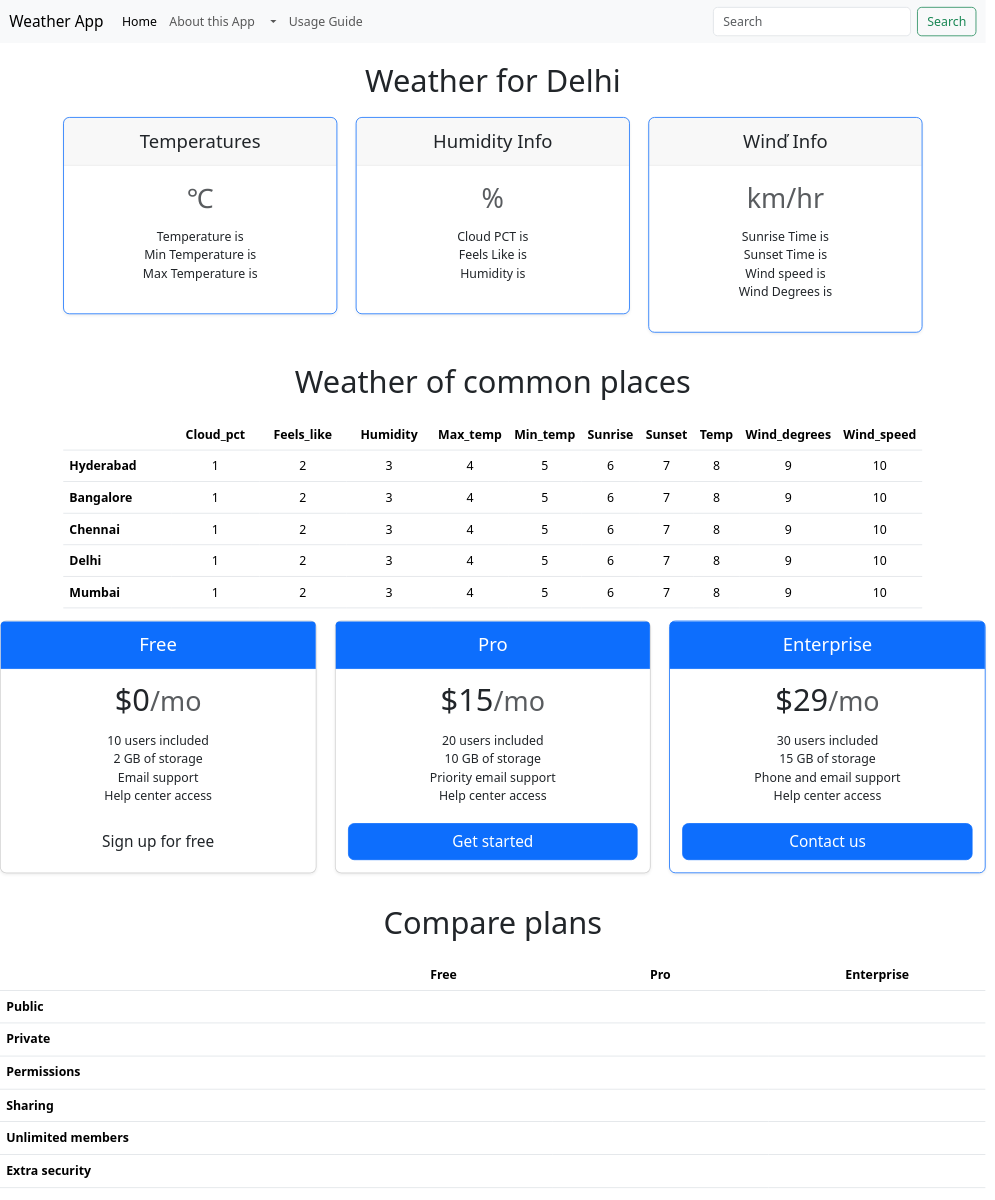
Repository: Abhilash2909/weather
Page: index.html
These files come from the project's save history. The page is drawn as it stood at one moment and after the next save; the edit follows.
The browser window is 1280 px wide. The page is 1292 px wide, so the pictures cover 1292 px, including what lies to the right of the window. The pictures show the whole page, at 77% of full size.
The page's requests for data from a server got no answer.

Above is the page before, as saved 2024-02-11 17:04:53.

### index.html
<!doctype html>
<html lang="en">
  <head>
    <meta charset="utf-8">
    <meta name="viewport" content="width=device-width, initial-scale=1">
    <title>My Weather App</title>
    <link href="https://cdn.jsdelivr.net/npm/bootstrap@5.3.2/dist/css/bootstrap.min.css" rel="stylesheet" integrity="sha384-T3c6CoIi6uLrA9TneNEoa7RxnatzjcDSCmG1MXxSR1GAsXEV/Dwwykc2MPK8M2HN" crossorigin="anonymous">
  </head>
  <body>
    <nav class="navbar navbar-expand-lg bg-body-tertiary">
        <div class="container-fluid">
          <a class="navbar-brand" href="#">Weather App</a>
          <button class="navbar-toggler" type="button" data-bs-toggle="collapse" data-bs-target="#navbarSupportedContent" aria-controls="navbarSupportedContent" aria-expanded="false" aria-label="Toggle navigation">
            <span class="navbar-toggler-icon"></span>
          </button>
          <div class="collapse navbar-collapse" id="navbarSupportedContent">
            <ul class="navbar-nav me-auto mb-2 mb-lg-0">
              <li class="nav-item">
                <a class="nav-link active" aria-current="page" href="#">Home</a>
              </li>
              <li class="nav-item">
                <a class="nav-link" href="#">About this App</a>
              </li>
              <li class="nav-item dropdown">
                <a class="nav-link dropdown-toggle" href="#" role="button" data-bs-toggle="dropdown" aria-expanded="false">
                </a>
                <ul class="dropdown-menu">
                  <li><a class="dropdown-item" href="#">Delhi</a></li>
                  <li><a class="dropdown-item" href="#">Seattle</a></li>
                  <li><a class="dropdown-item" href="#">Bangalore</a></li>
                </ul>
              </li>
              <li class="nav-item">
                <a class="nav-link" aria-disabled="true">Usage Guide</a>
              </li>
            </ul>
            <form class="d-flex" role="search">
              <input id="city" class="form-control me-2" type="search" placeholder="Search" aria-label="Search">
              <button class="btn btn-outline-success" type="submit" id="submit">Search</button>
            </form>
          </div>
        </div>
      </nav>

      <div class="container">
        <main>
          <h1 class= "my-4 text-center">Weather for <span id="cityName"></span></h1>
          <div class="row row-cols-1 row-cols-md-3 mb-3 text-center">
          <div class="col">
            <div class="card mb-4 rounded-3 shadow-sm border-primary">
              <div class="card-header py-3">
                <h4 class="my-0 fw-normal">Temperatures</h4>
              </div>
              <div class="card-body">
                <h1 class="card-title pricing-card-title"><span id="temp2"></span><small class="text-body-secondary fw-light"></span><span>&#8451;</span></small></h1>
                <ul class="list-unstyled mt-3 mb-4">
                  <li>Temperature is <span id="temp" ></span></li>
                  <li>Min Temperature is <span id="min_temp" ></span></li>
                  <li>Max Temperature is <span id="max_temp" ></span></li>
                </ul>
                <!-- <button type="button" class="w-100 btn btn-lg btn-outline-primary">Sign up for free</button> -->
              </div>
            </div>
          </div>
          <div class="col">
            <div class="card mb-4 rounded-3 shadow-sm border-primary">
              <div class="card-header py-3">
                <h4 class="my-0 fw-normal">Humidity Info</h4>
              </div>
              <div class="card-body">
                <h1 class="card-title pricing-card-title"><span id="humidity2" ></span><small class="text-body-secondary fw-light">%</small></h1>
                <ul class="list-unstyled mt-3 mb-4">
                  <li>Cloud PCT is <span id="cloud_pct" ></span></li>
                  <li>Feels Like is <span id="feels_like" ></span></li>
                  <li>Humidity is <span id="humidity" ></span></li>
                </ul>
                <!-- <button type="button" class="w-100 btn btn-lg btn-primary">Get started</button> -->
              </div>
            </div>
          </div>

          <div class="col">
            <div class="card mb-4 rounded-3 shadow-sm border-primary">
              <div class="card-header py-3">
                <h4 class="my-0 fw-normal">Winď Info</h4>
              </div>
              <div class="card-body">
                <h1 class="card-title pricing-card-title"><span id="wind_speed2" ></span><small class="text-body-secondary fw-light">km/hr</small></h1>
                <ul class="list-unstyled mt-3 mb-4">
                  <li>Sunrise Time is <span id="sunrise" ></span></li>
                  <li>Sunset Time is <span id="sunset" ></span></li>
                  <li>Wind speed is <span id="wind_speed" ></span></li>
                  <li>Wind Degrees is <span id="wind_degrees" ></span></li>
                </ul>
                <!-- <button type="button" class="w-100 btn btn-lg btn-primary">Contact us</button> -->
              </div>
            </div>
          </div>
        </div>

        <h2 class="display-6 text-center mb-4">Weather of common places</h2>

        <div class="table-responsive">
          <table class="table text-center">
            <thead>
              <tr>
                <th style="width: 34%;">   </th>
                <th style="width: 22%;"> Cloud_pct </th>
                <th style="width: 22%;"> Feels_like </th>
                <th style="width: 22%;"> Humidity </th>
                <th style="width: 22%;"> Max_temp </th>
                <th style="width: 22%;"> Min_temp </th>
                <th style="width: 22%;"> Sunrise </th>
                <th style="width: 22%;"> Sunset </th>
                <th style="width: 22%;"> Temp </th>
                <th style="width: 22%;"> Wind_degrees </th>
                <th style="width: 22%;"> Wind_speed </th>
              </tr>
            </thead>
            <tbody>
              <tr>
                <th scope="row" class="text-start">Hyderabad</th>
                <td>1</td>
                <td>2</td>
                <td>3</td>
                <td>4</td>
                <td>5</td>
                <td>6</td>
                <td>7</td>
                <td>8</td>
                <td>9</td>
                <td>10</td>
              </tr>
              <tr>
                <th scope="row" class="text-start">Bangalore</th>
                <td>1</td>
                <td>2</td>
                <td>3</td>
                <td>4</td>
                <td>5</td>
                <td>6</td>
                <td>7</td>
                <td>8</td>
                <td>9</td>
                <td>10</td>
              </tr>
            </tbody>

            <tbody>
              <tr>
                <th scope="row" class="text-start">Chennai</th>
                <td>1</td>
                <td>2</td>
                <td>3</td>
                <td>4</td>
                <td>5</td>
                <td>6</td>
                <td>7</td>
                <td>8</td>
                <td>9</td>
                <td>10</td>
              </tr>
              <tr>
                <th scope="row" class="text-start">Delhi</th>
                <td>1</td>
                <td>2</td>
                <td>3</td>
                <td>4</td>
                <td>5</td>
                <td>6</td>
                <td>7</td>
                <td>8</td>
                <td>9</td>
                <td>10</td>
              </tr>
              <tr>
                <th scope="row" class="text-start">Mumbai</th>
                <td>1</td>
                <td>2</td>
                <td>3</td>
                <td>4</td>
                <td>5</td>
                <td>6</td>
                <td>7</td>
                <td>8</td>
                <td>9</td>
                <td>10</td>
              </tr>
            </tbody>
          </table>
        </div>
      </main></div>
    <script src="https://cdn.jsdelivr.net/npm/bootstrap@5.3.2/dist/js/bootstrap.bundle.min.js" integrity="sha384-C6RzsynM9kWDrMNeT87bh95OGNyZPhcTNXj1NW7RuBCsyN/o0jlpcV8Qyq46cDfL" crossorigin="anonymous"></script>
    <script src="script.js"></script>
</body>
</html>


<main>
  <div class="row row-cols-1 row-cols-md-3 mb-3 text-center">
    <div class="col">
      <div class="card mb-4 rounded-3 shadow-sm">
        <div class="card-header py-3 text-bg-primary border-primary">
          <h4 class="my-0 fw-normal">Free</h4>
        </div>
        <div class="card-body">
          <h1 class="card-title pricing-card-title">$0<small class="text-body-secondary fw-light">/mo</small></h1>
          <ul class="list-unstyled mt-3 mb-4">
            <li>10 users included</li>
            <li>2 GB of storage</li>
            <li>Email support</li>
            <li>Help center access</li>
          </ul>
          <button type="button" class="w-100 btn btn-lg btnprimary">Sign up for free</button>
        </div>
      </div>
    </div>
    <div class="col">
      <div class="card mb-4 rounded-3 shadow-sm">
        <div class="card-header py-3 text-bg-primary border-primary">
          <h4 class="my-0 fw-normal">Pro</h4>
        </div>
        <div class="card-body">
          <h1 class="card-title pricing-card-title">$15<small class="text-body-secondary fw-light">/mo</small></h1>
          <ul class="list-unstyled mt-3 mb-4">
            <li>20 users included</li>
            <li>10 GB of storage</li>
            <li>Priority email support</li>
            <li>Help center access</li>
          </ul>
          <button type="button" class="w-100 btn btn-lg btn-primary">Get started</button>
        </div>
      </div>
    </div>
    <div class="col">
      <div class="card mb-4 rounded-3 shadow-sm border-primary">
        <div class="card-header py-3 text-bg-primary border-primary">
          <h4 class="my-0 fw-normal">Enterprise</h4>
        </div>
        <div class="card-body">
          <h1 class="card-title pricing-card-title">$29<small class="text-body-secondary fw-light">/mo</small></h1>
          <ul class="list-unstyled mt-3 mb-4">
            <li>30 users included</li>
            <li>15 GB of storage</li>
            <li>Phone and email support</li>
            <li>Help center access</li>
          </ul>
          <button type="button" class="w-100 btn btn-lg btn-primary">Contact us</button>
        </div>
      </div>
    </div>
  </div>

  <h2 class="display-6 text-center mb-4">Compare plans</h2>

  <div class="table-responsive">
    <table class="table text-center">
      <thead>
        <tr>
          <th style="width: 34%;"></th>
          <th style="width: 22%;">Free</th>
          <th style="width: 22%;">Pro</th>
          <th style="width: 22%;">Enterprise</th>
        </tr>
      </thead>
      <tbody>
        <tr>
          <th scope="row" class="text-start">Public</th>
          <td><svg class="bi" width="24" height="24"><use xlink:href="#check"></use></svg></td>
          <td><svg class="bi" width="24" height="24"><use xlink:href="#check"></use></svg></td>
          <td><svg class="bi" width="24" height="24"><use xlink:href="#check"></use></svg></td>
        </tr>
        <tr>
          <th scope="row" class="text-start">Private</th>
          <td></td>
          <td><svg class="bi" width="24" height="24"><use xlink:href="#check"></use></svg></td>
          <td><svg class="bi" width="24" height="24"><use xlink:href="#check"></use></svg></td>
        </tr>
      </tbody>

      <tbody>
        <tr>
          <th scope="row" class="text-start">Permissions</th>
          <td><svg class="bi" width="24" height="24"><use xlink:href="#check"></use></svg></td>
          <td><svg class="bi" width="24" height="24"><use xlink:href="#check"></use></svg></td>
          <td><svg class="bi" width="24" height="24"><use xlink:href="#check"></use></svg></td>
        </tr>
        <tr>
          <th scope="row" class="text-start">Sharing</th>
          <td></td>
          <td><svg class="bi" width="24" height="24"><use xlink:href="#check"></use></svg></td>
          <td><svg class="bi" width="24" height="24"><use xlink:href="#check"></use></svg></td>
        </tr>
        <tr>
          <th scope="row" class="text-start">Unlimited members</th>
          <td></td>
          <td><svg class="bi" width="24" height="24"><use xlink:href="#check"></use></svg></td>
          <td><svg class="bi" width="24" height="24"><use xlink:href="#check"></use></svg></td>
        </tr>
        <tr>
          <th scope="row" class="text-start">Extra security</th>
          <td></td>
          <td></td>
          <td><svg class="bi" width="24" height="24"><use xlink:href="#check"></use></svg></td>
        </tr>
      </tbody>
    </table>
  </div>
</main>

### script.js

// const url = 'https://weather-by-api-ninjas.p.rapidapi.com/v1/weather?city=Seattle';
// const options = {
//     method: 'GET',
//     headers: {
//         'X-RapidAPI-Key': '9f5fc666cemsh950495f18781500p1999a7jsna0d8657b4aba',
//         'X-RapidAPI-Host': 'weather-by-api-ninjas.p.rapidapi.com'
//     }
// };

// async function fetchData() {
//     try {
//         const response = await fetch(url, options);
//         const result = await response.text();
//         console.log(result);
//     } catch (error) {
//         console.error(error);
//     }
// }

// fetchData();


// const url = 'https://weather-by-api-ninjas.p.rapidapi.com/v1/weather?city=Seattle';
// const options = {
// 	method: 'GET',
// 	headers: {
// 		'X-RapidAPI-Key': '9f5fc666cemsh950495f18781500p1999a7jsna0d8657b4aba',
// 		'X-RapidAPI-Host': 'weather-by-api-ninjas.p.rapidapi.com'
// 	}
// };

// try {
// 	const response = await fetch(url, options);
// 	const result = await response.text();
// 	console.log(result);
// } catch (error) {
// 	console.error(error);
// }



const options = {
    method: 'GET',
    headers: {
      'X-RapidAPI-Key': 'b45e96323fmshf5e4bc50d3b8a90p1e091djsnfb21cde4eb87',
      'X-RapidAPI-Host': 'weather-by-api-ninjas.p.rapidapi.com'
    }
  };
const getWeather = (city) => {
  cityName.innerHTML = city
  fetch('https://weather-by-api-ninjas.p.rapidapi.com/v1/weather?city=' + city, options)
    .then(response => response.json())
    .then((response) => {
      console.log(response)
      cloud_pct.innerHTML = response.cloud_pct
      temp.innerHTML = response.temp
      temp2.innerHTML = response.temp
      feels_like.innerHTML = response.feels_like
      humidity.innerHTML = response.humidity
      humidity2.innerHTML = response.humidity
      min_temp.innerHTML = response.min_temp
      max_temp.innerHTML = response.max_temp
      wind_speed.innerHTML = response.wind_speed
      wind_speed2.innerHTML = response.wind_speed
      wind_degrees.innerHTML = response.wind_degrees
      sunrise.innerHTML = response.sunrise
      sunset.innerHTML = response.sunset
    })
    .catch(error => console.error(error));
}

submit.addEventListener("click", (e)=>{
  e.preventDefault()
  getWeather(city.value)
})

getWeather("Delhi")

After the next save:
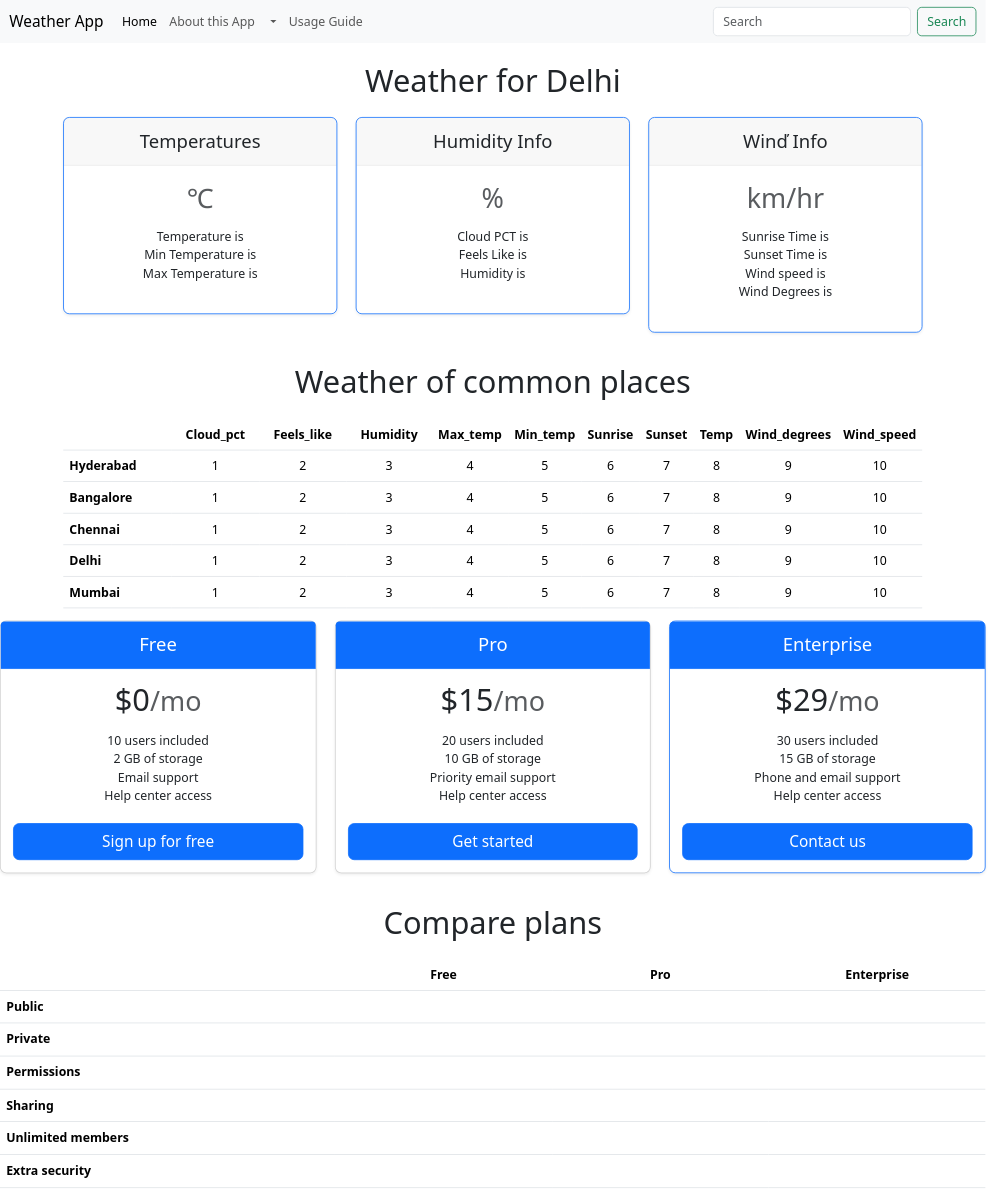
Saved 7 s later.
--- a/index.html
+++ b/index.html
@@ -211,7 +211,7 @@
             <li>Email support</li>
             <li>Help center access</li>
           </ul>
-          <button type="button" class="w-100 btn btn-lg btnprimary">Sign up for free</button>
+          <button type="button" class="w-100 btn btn-lg btn-primary">Sign up for free</button>
         </div>
       </div>
     </div>
